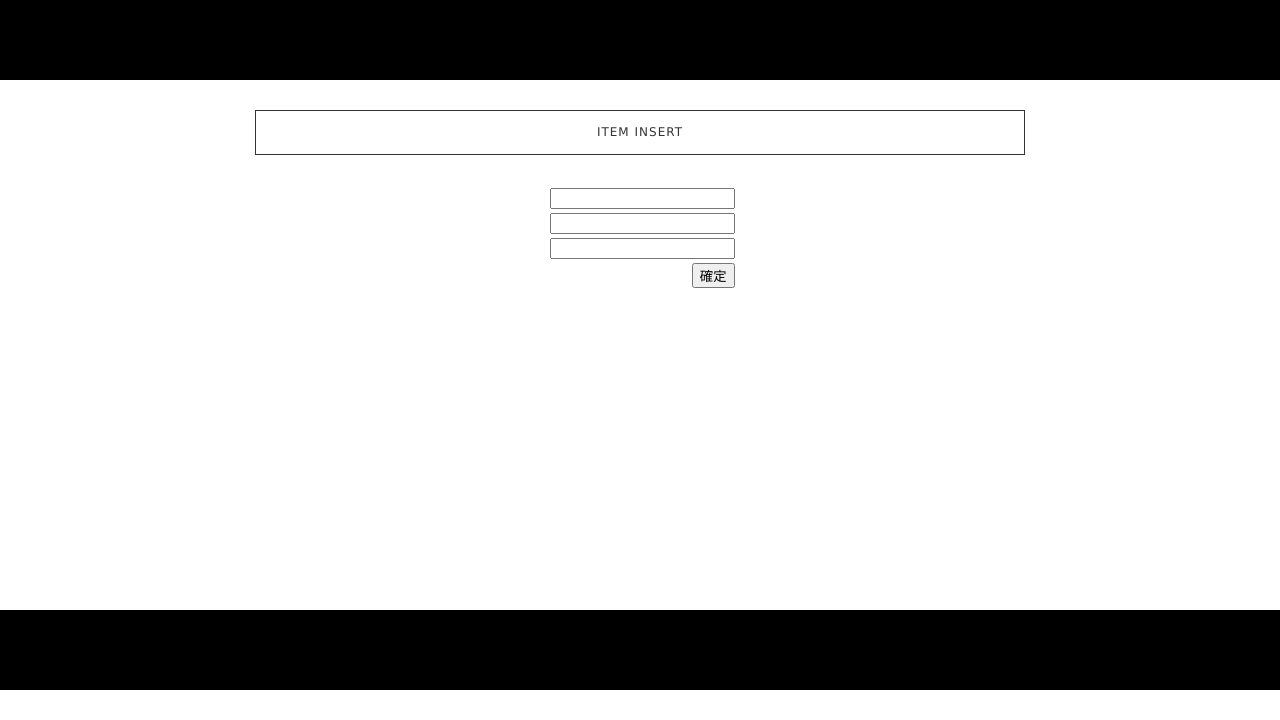
Repository: kf3225/backup
Page: http://localhost/ecsite/itemInsert.jsp
An editor plug-in stored every save of this project. The page is shown before and after the next save, followed by the edit.
The browser window is 1280 px wide. The pictures show the whole page.
The page is served by Tomcat 9. Other server files are loaded and not shown.

Above is the page before, as saved 2018-01-26 05:37:31.

### ecsite/WebContent/itemInsert.jsp
<%@ page language="java" contentType="text/html; charset=UTF-8"
    pageEncoding="UTF-8"%>
<%@ taglib prefix="s" uri="/struts-tags" %>
<!DOCTYPE html PUBLIC "-//W3C//DTD HTML 4.01 Transitional//EN" "http://www.w3.org/TR/html4/loose.dtd">
<html>
<head>
<meta http-equiv="Content-Type" content="text/html; charset=UTF-8"/>
<meta http-equiv="Content-Style-Type" content="text/css"/>
<meta http-equiv="Content-Script-Type" content="text/javascript"/>
<meta http-equiv="imagetoolbar" content="no"/>
<meta name="description" content=""/>
<meta name="keywords" content=""/>

<style type="text/css">

/* ===== TAG LAYOUT ===== */
body {
	margin:0;
	padding:0;
	line-height:1.6;
	letter-spacing:1px;
	font-family:Verdana, Helvetica, sans-serif;
	font-size:12px;
	color:#333;
	background:#fff;
}

table {
	text-align:center;
	margin:0 auto;
}

/* ===== ID LAYOUT ===== */
#top {
	width:60%;
	margin:30px auto;
	border:1px solid #333;
}

#header {
	width:100%;
	height:80px;
	background-color:black;
}

#main {
	width:100%;
	height:500px;
	background-color:#fff;
	text-align:center;
}

#footer {
	width:100%;
	height:80px;
	background-color:black;
	clear:both;
}

#text-center {
	display:inline-block;
	text-align:center;
}

</style>

<title>ITEM INSERT</title>
</head>
<body>
	<div id="header">
		<div id="pr"></div>
	</div>

	<div id="main">
		<div id="top"><p>ITEM INSERT</p></div>
		<div>
			<s:form action="ItemInsertConfirmAction">
				<s:textfield name="ItemName" />
				<s:textfield name="stockCount" />
				<s:textfield name="ItemPrice" />
				<s:submit value="確定" />
			</s:form>
		</div>
	</div>

	<div id="footer">
		<div id="pr"></div>
	</div>
</body>
</html>

After the next save:
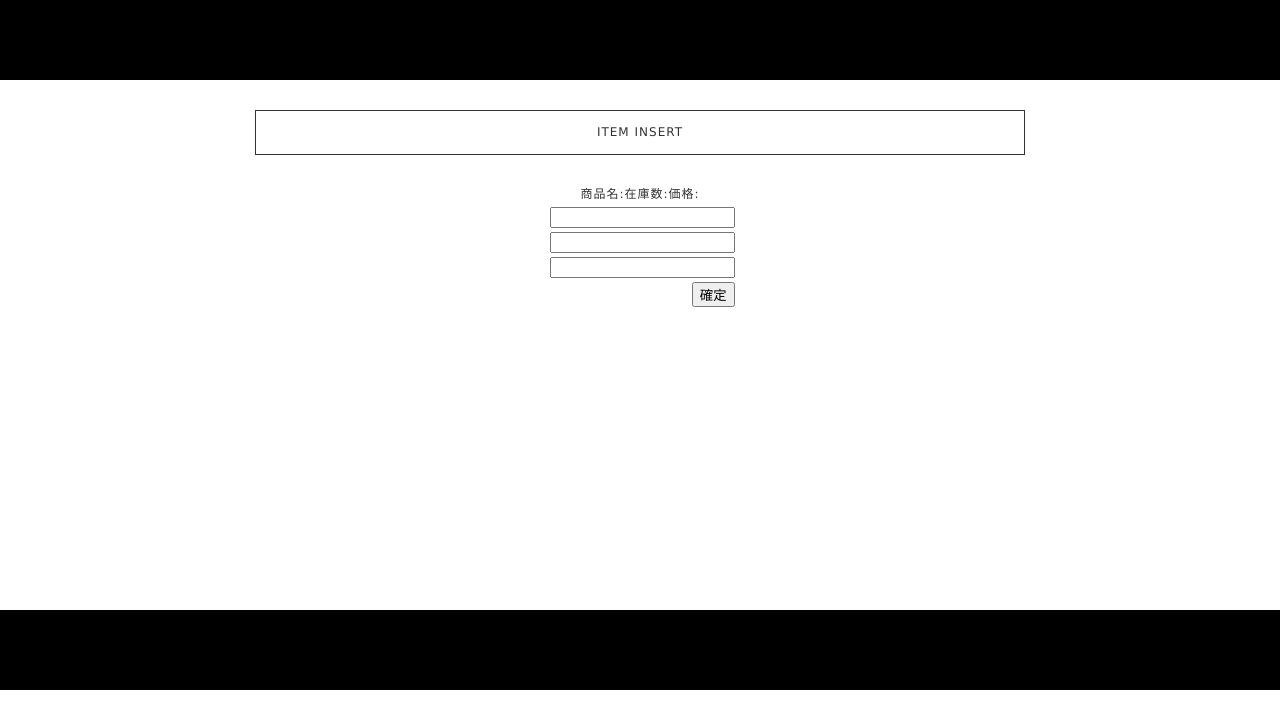
Saved 68 s later.
--- a/ecsite/WebContent/itemInsert.jsp
+++ b/ecsite/WebContent/itemInsert.jsp
@@ -75,9 +75,9 @@
 		<div id="top"><p>ITEM INSERT</p></div>
 		<div>
 			<s:form action="ItemInsertConfirmAction">
-				<s:textfield name="ItemName" />
-				<s:textfield name="stockCount" />
-				<s:textfield name="ItemPrice" />
+				<span>商品名:</span><s:textfield name="ItemName" />
+				<span>在庫数:</span><s:textfield name="stockCount" />
+				<span>価格:</span><s:textfield name="ItemPrice" />
 				<s:submit value="確定" />
 			</s:form>
 		</div>
